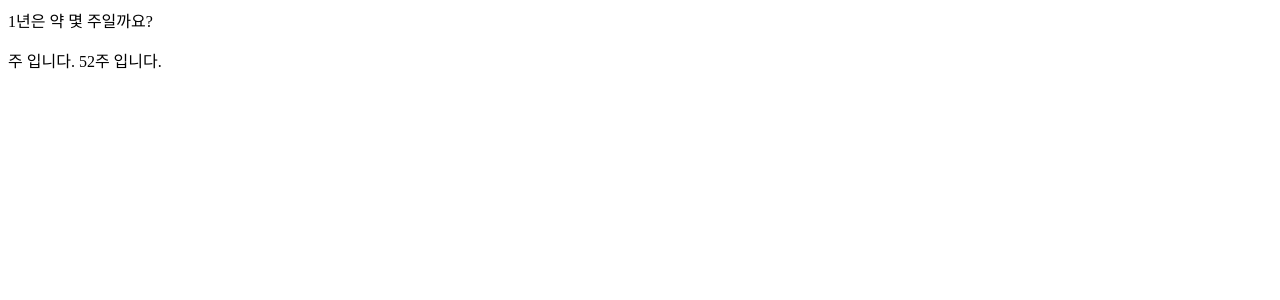
Repository: gambler1541/JSP
Page: http://localhost/first_jsp/jsp_1/expression.jsp
The author's editor kept a copy of each file at every save. The page is drawn from the files as they stood at one save, then again after the next save.
The browser window is 1280 px wide. The pictures show the whole page.
The page is served by Tomcat 9.

Above is the page before, as saved 2020-06-22 06:06:24.

After the next save:
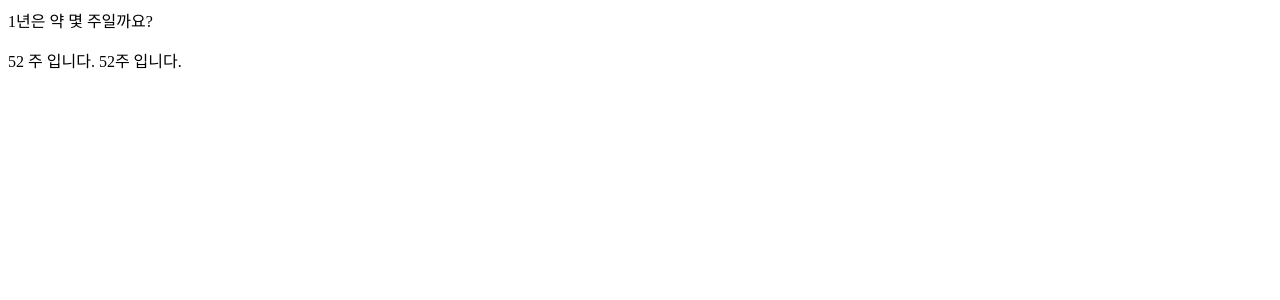
Saved 30 s later.
--- a/first_jsp/WebContent/jsp_1/expression.jsp
+++ b/first_jsp/WebContent/jsp_1/expression.jsp
@@ -9,6 +9,7 @@
 <body>
 	<% int year = 365; %>
 	<% out.println("1년은 약 몇 주일까요? <p>"); %>
+	<%= year / 7 %>
 	<%= " 주 입니다." %>
 	<% out.println(year / 7 + "주 입니다."); %>
 </body>
